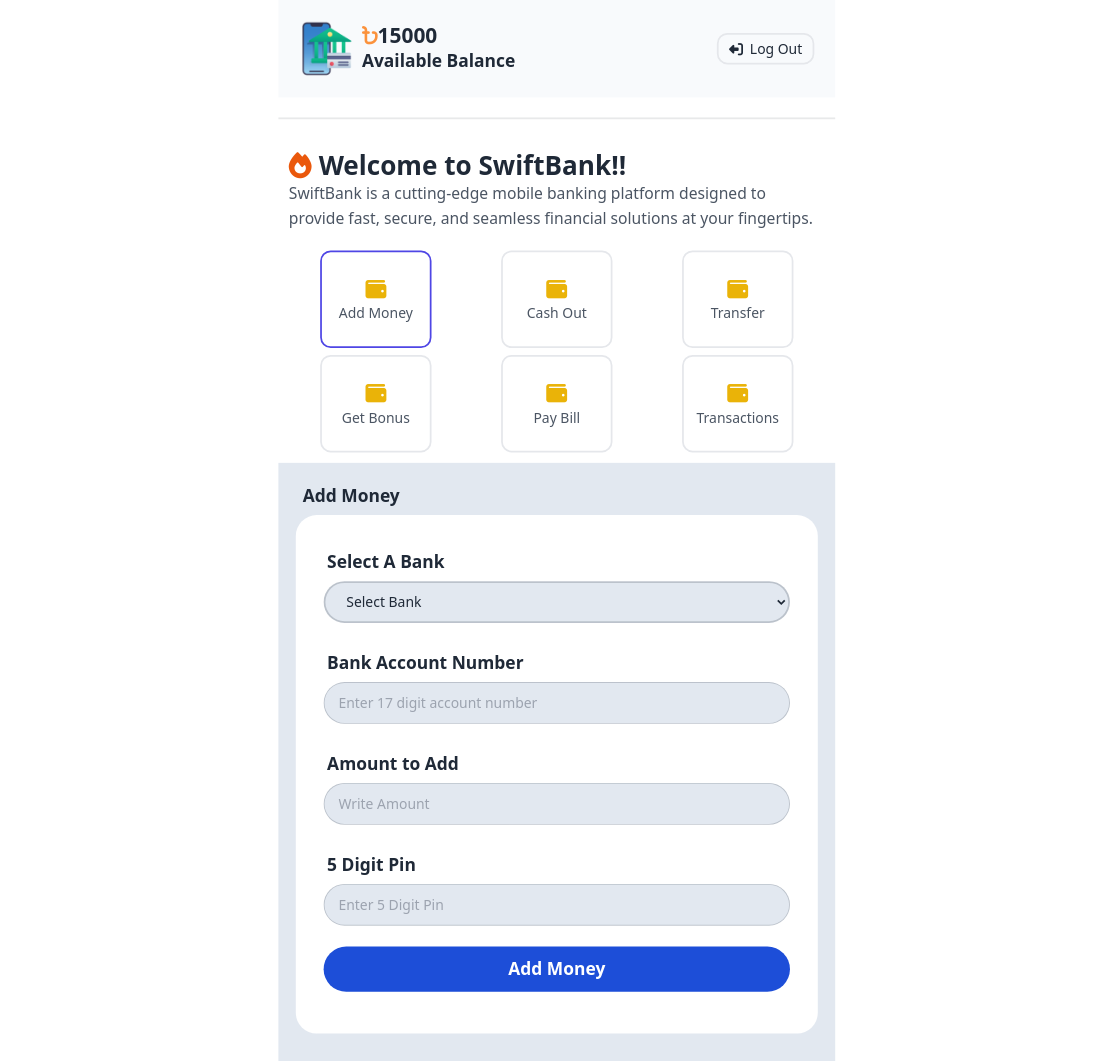
Repository: mukaddam-coder/swift-bank-mobile-banking
Page: home.html
These files come from the project's save history. The page is drawn as it stood at one moment and after the next save; the edit follows.
The browser window is 1280 px wide. The pictures show the whole page, at 87% of full size.
Some web libraries are served in a nearby version.

Above is the page before, as saved 2024-12-16 22:53:50.

After the next save:
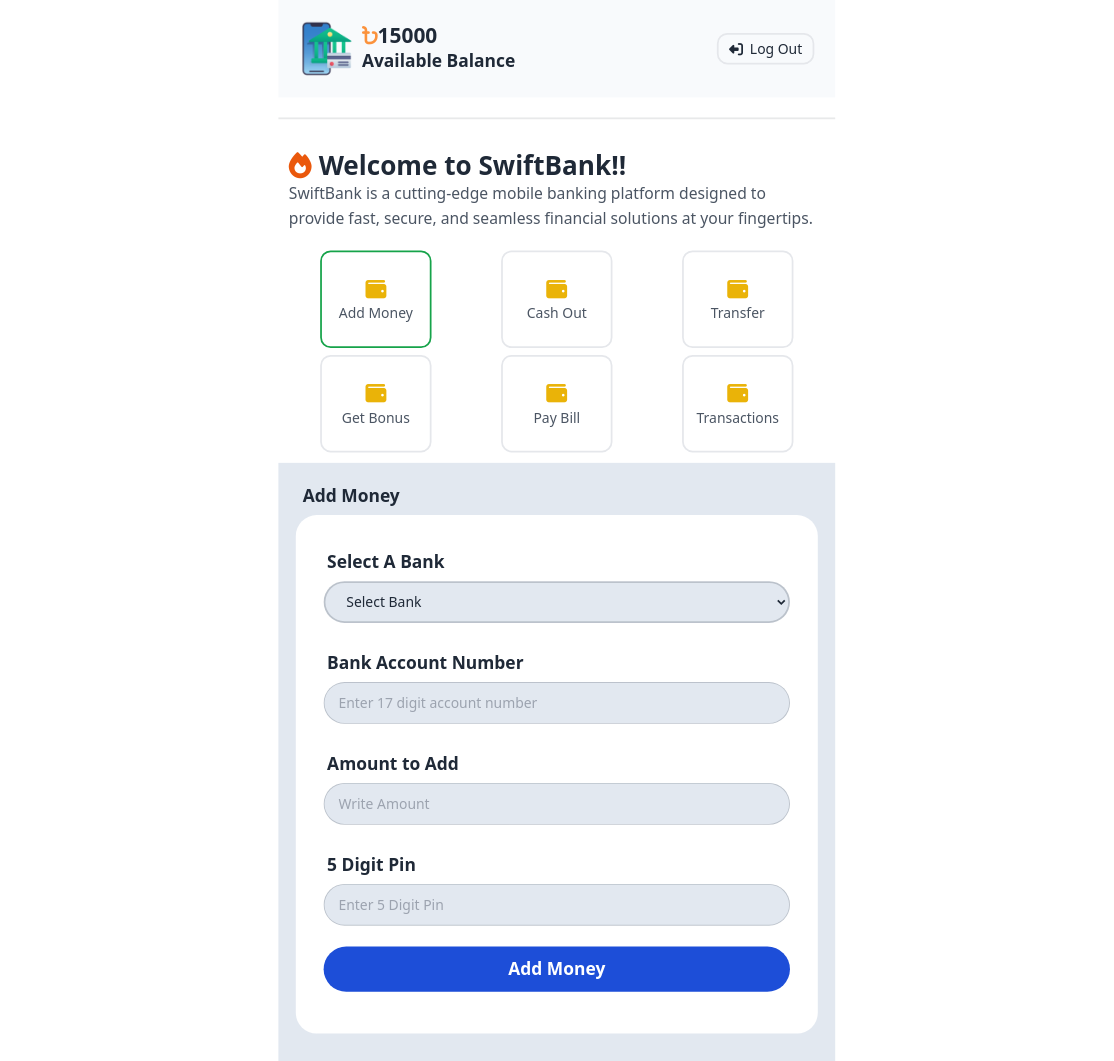
Saved 37 s later.
--- a/home.html
+++ b/home.html
@@ -47,7 +47,7 @@
      <section class="w-1/2 mx-auto">
         <div class="grid grid-cols-3 p-3 text-center gap-2">
           <div class=>
-            <button id="show-add-money-section" class="border-solid border-2 border-indigo-600 w-32 h-28 rounded-xl bg-white text-gray-600">
+            <button id="show-add-money-section" class="border-solid border-2 border-green-600 w-32 h-28 rounded-xl bg-white text-gray-600">
             <p>
               <i class="fa-solid fa-wallet text-yellow-500 text-2xl"></i>
             </p>
